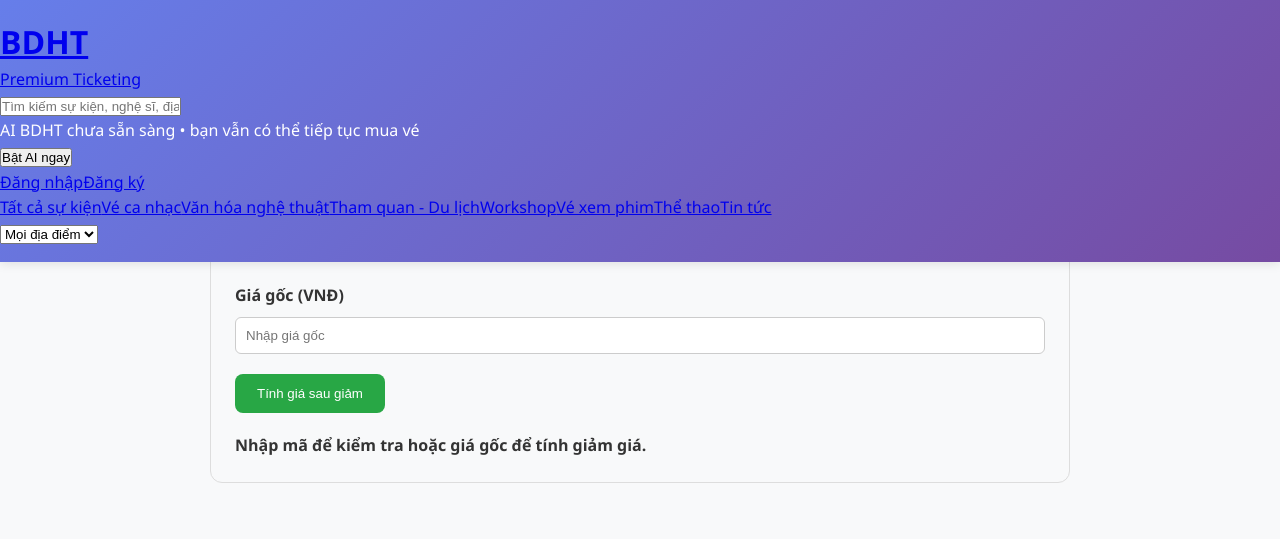
Repository: Vu-Tien-Duc/K23CNT3_VuTienDuc_Project4_EventTicket
Page: EventTicket_BDHT_Project/frontend-web/pages/user/promotion.html
An editor plug-in stored every save of this project. The page is shown before and after the next save, followed by the edit.
The browser window is 1280 px wide. The pictures show the whole page.
The page's requests for data from a server got no answer. Some web libraries are served in a nearby version.

Above is the page before, as saved 2026-05-24 17:28:25.

After the next save:
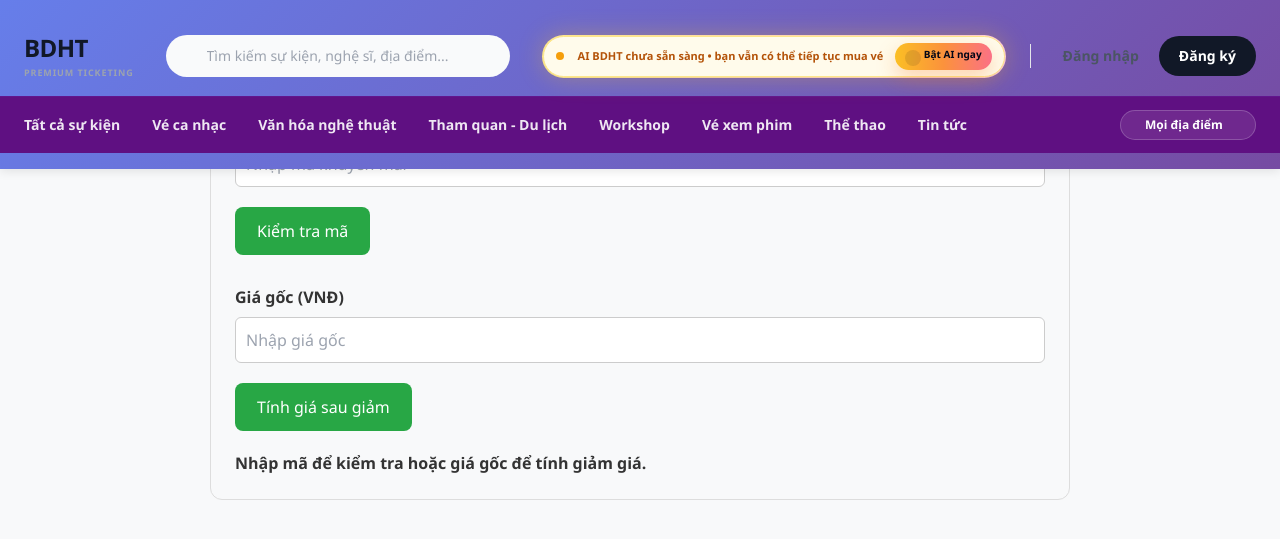
Saved 44 s later.
--- a/EventTicket_BDHT_Project/frontend-web/pages/user/promotion.html
+++ b/EventTicket_BDHT_Project/frontend-web/pages/user/promotion.html
@@ -2,7 +2,20 @@
 <html lang="vi">
 <head>
     <meta charset="UTF-8">
-    <title>Khuyến Mãi - EventTicket</title>
+    <title>Khuyến Mãi - BDHT Premium</title>
+    <!-- Tailwind CSS CDN -->
+    <script src="https://cdn.tailwindcss.com"></script>
+    <script>
+        tailwind.config = {
+            theme: {
+                extend: {
+                    colors: { brand: { purple: '#5f1082', orange: '#f26f21' } },
+                    fontFamily: { sans: ['Poppins', 'sans-serif'] }
+                }
+            }
+        }
+    </script>
+    <link href="https://fonts.googleapis.com/css2?family=Poppins:wght@300;400;500;600;700;800;900&display=swap" rel="stylesheet">
     <link rel="stylesheet" href="../../assets/css/style.css">
     <style>
         .promotion-page { max-width: 900px; margin: 40px auto; padding: 20px; }
